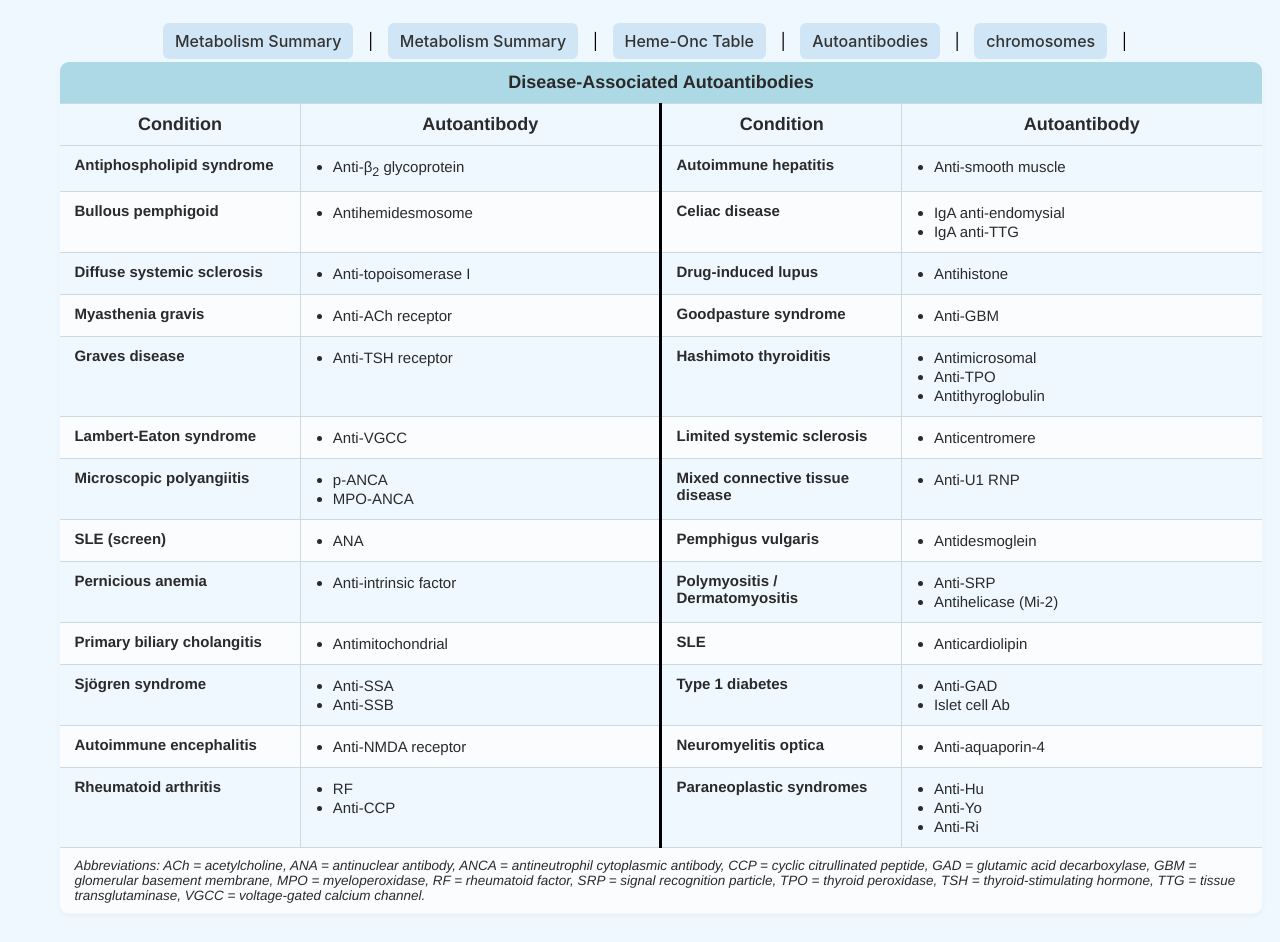
Repository: sharperdragon/STEVEL-1-Summaries
Page: subdex/autoantibodies.html
An editor plug-in stored every save of this project. The page is shown before and after a run of saves, followed by the edit.
The browser window is 1280 px wide. The pictures show the whole page.

Above is the page before, as saved 2025-05-19 07:18:49.

After the next 3 saves:
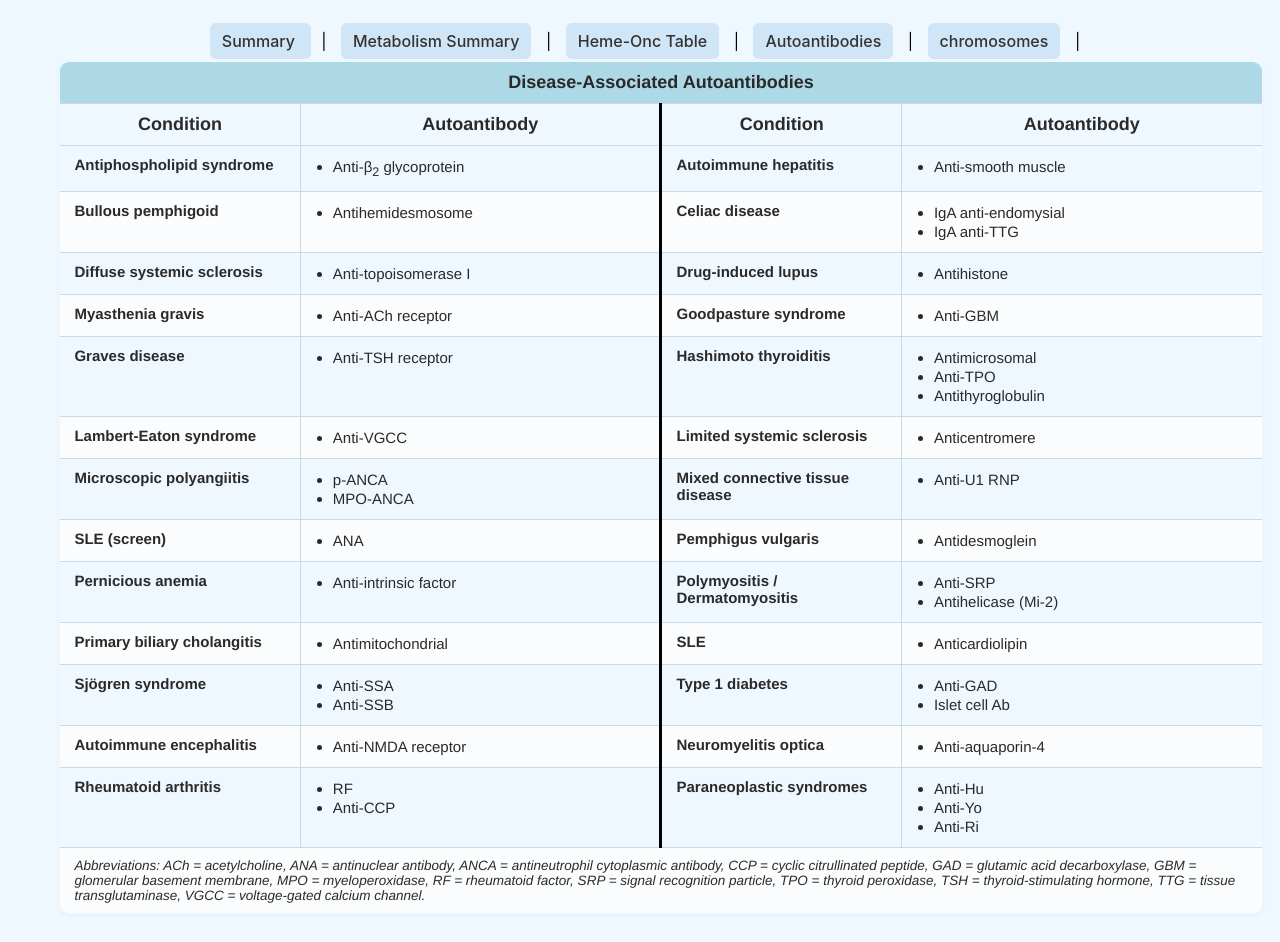
The 3 saves are shown as one change because they came seconds apart.
The last was saved 9 s later.
--- a/subdex/autoantibodies.html
+++ b/subdex/autoantibodies.html
@@ -10,7 +10,7 @@
 
 <body>
   <nav style="margin: 10px 0; text-align: center;">
-  <a href="home.html" class="nav-link">Metabolism Summary</a>   |
+  <a href="index.html" class="nav-link"> Summary </a>   |
     <a href="subdex/metabolism.html" class="nav-link">Metabolism Summary</a> |
   <a href="subdex/hemeonc.html" class="nav-link">Heme-Onc Table</a> |
   <a href="subdex/autoantibodies.html" class="nav-link">Autoantibodies</a> |
